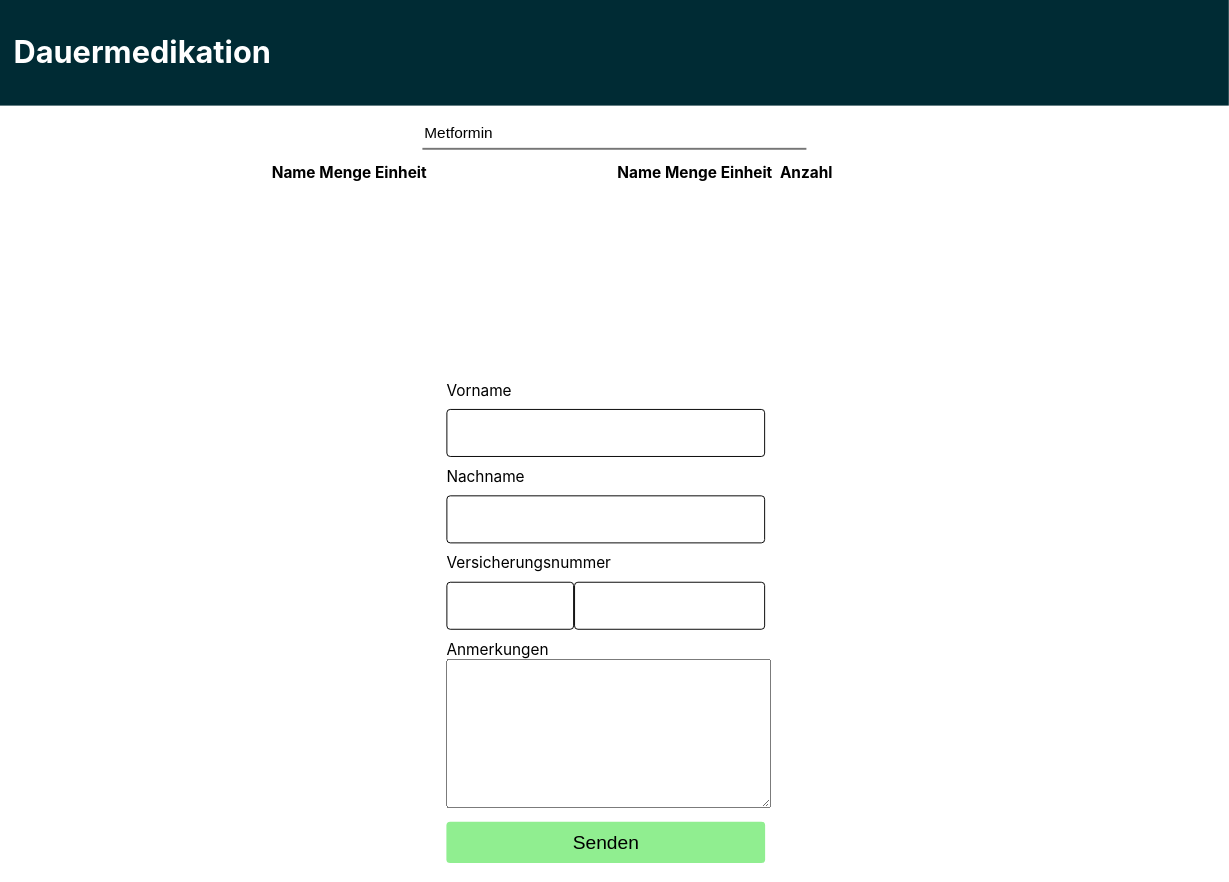
Repository: Esatollah/MedDemo
Page: / (app in client/)
An editor plug-in stored every save of this project. The page is shown before and after the next save, followed by the edit.
The browser window is 1280 px wide. The pictures show the whole page, at 96% of full size.
The page's requests for data from a server got no answer. The project was rebuilt for these pictures with package versions that can differ from the ones it lists, and the page was loaded fresh each time. No one was signed in, and anything a server would have sent is missing. Also part of the build but not shown: client/src/Routes/Bestellungen.jsx.

Above is the page before, as saved 2022-06-10 16:43:44.

### client/src/App.js
import SearchBar from './Routes/Search';
import {BrowserRouter, Routes, Route} from 'react-router-dom'
import Bestellungen from './Routes/Bestellungen';
import ReactModal from 'react-modal';

ReactModal.setAppElement('#root')

function App() {
  return (
    <BrowserRouter>
    <Routes>
      <Route path='/' element={<div><SearchBar/></div>}/>
      <Route path='/bestellungen' element={<div><Bestellungen/></div>}/>
    </Routes>
    </BrowserRouter>
  );
}

export default App;

### client/src/Routes/Search.jsx
import React, { useState, useEffect } from 'react'
import DrugAPI from '../api/DrugAPI';
import Form from '../components/Form';
import Navbar from '../components/Navbar';
import { SearchWrap } from '../Styles/SearchStyles';


const Search = () => {

  const [searchinput, setSearchinput] = useState("Metformin");
  const [drugs, setDrugs] = useState([]);
  const [cartitems, setCartitems] = useState([]);

  useEffect(() => {
    const fetchData = async () => {
      try {
        const result = await DrugAPI.get(`/?drugsearch=${searchinput}`)
        setDrugs(result.data.meds)
      } catch (err) {
        console.error(err);
      }
    }

    fetchData();

  }, [searchinput])

  const handleDrugClick = (e, x) => {
    const is_in_cart = cartitems.some(y => {
      if (y.id === x.id) {
        return true;
      }

      return false;
    })

    if (is_in_cart) {
      return
    }
    let temp = { ...x, anzahl: "1" }
    setCartitems([...cartitems, temp]);
  }

  const handleDelete = (e, x, index) => {
    let temp = [...cartitems]

    temp.splice(index, 1);

    setCartitems(temp);
  }

  const handleCountchange = (e, x, index) => {
    let temps = [...cartitems]
    let temp = {
      ...temps[index],
      anzahl: e.target.value
    }
    temps[index] = temp
    setCartitems(temps);

  }


  return (
    <>
      <Navbar />
        <SearchWrap>

          <input type="search" placeholder="Suche" id="search" value={searchinput} onChange={e => setSearchinput(e.target.value)} />
          <div className='search-container'>
            <div className='table-container'>
              <table className='drugtable'>
                <thead>
                  <tr>
                    <th scope='col'>
                      Name
                    </th>
                    <th scope='col'>Menge</th>
                    <th scope='col'>Einheit</th>
                    <th scope='col'></th>
                  </tr>
                </thead>
                <tbody>
                  {drugs && drugs.map((x) => {
                    return (
                      <tr key={x.id} className="drug-row" >
                        <td className={x.name}>{x.name}</td>
                        <td>{x.menge}</td>
                        <td>{x.mengenart}</td>
                        <td><button onClick={(e) => { handleDrugClick(e, x) }}>+</ button></td>
                      </tr>
                    )
                  })}
                </tbody>

              </table>
            </div>

            <div className='cart-container'>
              <table>
                <thead>
                  <tr>
                    <th scope='col'>
                      Name
                    </th>
                    <th scope='col'>Menge</th>
                    <th scope='col'>Einheit</th>
                    <th scope='col'></th>
                    <th scope='col'>Anzahl</th>
                  </tr>
                </thead>
                <tbody>
                  {cartitems && cartitems.map((x, index) => {
                    if (x.abgabezahl) {
                      return (
                        <tr key={index} className="drug-row" >
                          <td>{x.name}</td>
                          <td>{x.menge}</td>
                          <td>{x.mengenart}</td>
                          <td><button onClick={(e) => handleDelete(e, x, index)}>-</button></td>
                          <td><select onChange={(e) => { handleCountchange(e, x, index) }}><option value="1">1</option><option value="2">2</option></select></td>
                        </tr>
                      )
                    }
                    return (
                      <tr key={index} className="drug-row" >
                        <td>{x.name}</td>
                        <td>{x.menge}</td>
                        <td>{x.mengenart}</td>
                        <td><button onClick={(e) => handleDelete(e, x, index)}>-</button></td>
                        <td>1</td>
                      </tr>
                    )
                  })}
                </tbody>
              </ table>
            </div>
          </div>
        </SearchWrap>

      <Form cartitems={cartitems} setCartitems={setCartitems} />
    </>
  )
}

export default Search

### client/src/api/DrugAPI.js
import axios from 'axios'

export default axios.create({
    baseURL: "http://localhost:5000/api"
})

### client/src/components/Form.jsx
import React, {useState}from 'react'
import DrugAPI from '../api/DrugAPI'
import { FormWrap } from '../Styles/FormStyles';
const Form = props => {

    const [fname, setFname] = useState('');
    const [lname, setLname] = useState('');
    const [vpin, setVpin] = useState('');
    const [vbday, setVbday] = useState('');
    const [anmerkungen, setAnmerkungen] = useState('');

    const handleSubmit = (e) => {

        e.preventDefault();
        const formdata = {
            fname,
            lname,
            vpin,
            vbday,
            anmerkungen
        }

        const fetchData = async () =>{
            try {
            await DrugAPI.post("/", {drugs:{...props.cartitems}, ...formdata})
            } catch (error) {
                console.error(error);
            }
    }

    fetchData();

    setFname('');setLname('');setVpin('');setVbday('');setAnmerkungen('');
    props.setCartitems([]);

}


  return (
    <FormWrap>
        <form onSubmit={(e) =>handleSubmit(e)}>
            <label htmlFor="fname">Vorname</label><br />
            <input className="Names"type="text" value={fname} id="fname" name="fname" onChange={(e)=> setFname(e.target.value)}required/><br/>
            <label htmlFor="lname">Nachname</label><br />
            <input className="Names"type="text" id="lname" value={lname} onChange={(e) => setLname(e.target.value)}name="lname" required /><br/>
            <label htmlFor="pin">Versicherungsnummer  </label> <br/>
            <input className="insurance" type="text" id="pin" value={vpin}
            onChange={(e) => setVpin(e.target.value)} name="pin" pattern="[0-9]+" size="4" minLength="4"maxLength="4" required/>
            <input className="insurance" type="text" id="bday" value={vbday}
            onChange={(e) => setVbday(e.target.value)} name="bday" size="6" minLength={6} maxLength={6}
            pattern="[0-9]+" required/> <br/>
            <label htmlFor="anmerkungen" placeholder='Nummer, Anzahl, Magistralrezeptur etc.'>Anmerkungen</label> <br/>
            <textarea id="anmerkungen"value={anmerkungen} onChange={(e) => setAnmerkungen(e.target.value)} name="message" rows="10" cols="30" className='textarea'>
            </textarea> <br/>
            <input type="submit" value="Senden" ></input><br />
        </form>
    </FormWrap>

  )
}

export default Form

### client/src/components/Navbar.jsx
import React from 'react'
import { NavWrap } from '../Styles/NavbarStyles'
const Navbar = () => {
  return (
    <NavWrap>
        <h1>Dauermedikation</h1>
    </NavWrap>
  )
}

export default Navbar

### client/src/Styles/SearchStyles.js
import styled from 'styled-components';

export const SearchWrap = styled.div`

    display: flex;
    flex-direction: column;
    align-items: center;
             margin: auto;

    @media(min-width: 1000px) {
             width: 1000px;

         }

    #search {
    width:50%;
    height: 2rem;
    outline:none;
    border-top: hidden;
    border-right: hidden;
    border-left: hidden;
    font-size: 1rem;@media(min-width: 1000px) {
             width: 40%;
         }
    margin-bottom: 10px;
}

.table-container {
    max-height: 200px;
    max-width: 80%;
    overflow-y: auto;
}


.drug-row:hover {
    background-color: beige;
}

.drugtable tbody tr {
border: 1px;
}

.search-container {
    width: 90%;

    @media(min-width: 1000px) {
        display:flex;
        flex-direction: row;
        justify-content: center;
    }

    .table-container {
        width :100%;
        height: 250px;
        display:flex;
         @media(min-width: 1000px) {
             width: 40%;
             display:flex;
             height: 400px;
         }
    }

    .cart-container {
        width: 100%;
        display:flex;
        @media(min-width: 1000px) {
             width: 40%;
             display:flex;
         }
    }
}

td {
    padding:5px;
}

`;

### client/src/Styles/FormStyles.js
import styled from 'styled-components';

export const FormWrap = styled.div`
    display:flex;
    margin:auto;
    max-width:350px;
    margin-top: 20px;
    padding:10px;

    .Names {
        display:inline-block;
        width: 100%;
        padding: 10px;
        box-sizing: border-box;
        border-radius: 4px;
        border: .5px solid;
        margin: 10px 0;
        font-size: 1.5rem;
    }
    input[type=submit] {
        width: 100%;
        padding: 10px;
        margin:10px 0;
        border-radius: 4px;
        border: none;
        background: lightgreen;
        font-size:20px
    }
    .insurance {
        padding: 10px;
        box-sizing: border-box;
        border-radius: 4px;
        border: .5px solid;
        margin: 10px 0;
        font-size:1.5rem;
    }
    #pin {
        width:40%;
    }
    #bday {
        width:60%;
    }

    textarea {
        width: 100%;
    }
`;

### client/src/Styles/NavbarStyles.js
import styled from "styled-components"

export const NavWrap = styled.div`
    width:100%;
    padding: 14px 0;
    background-color: #002b34;
    margin-bottom: 14px;
    h1 {
        margin-left: 14px;
        color: #fff
    }
`;

Loaded but not shown: client/public/index.html (common file); client/src/index.js (common file); client/src/index.css (common file)

After the next save:
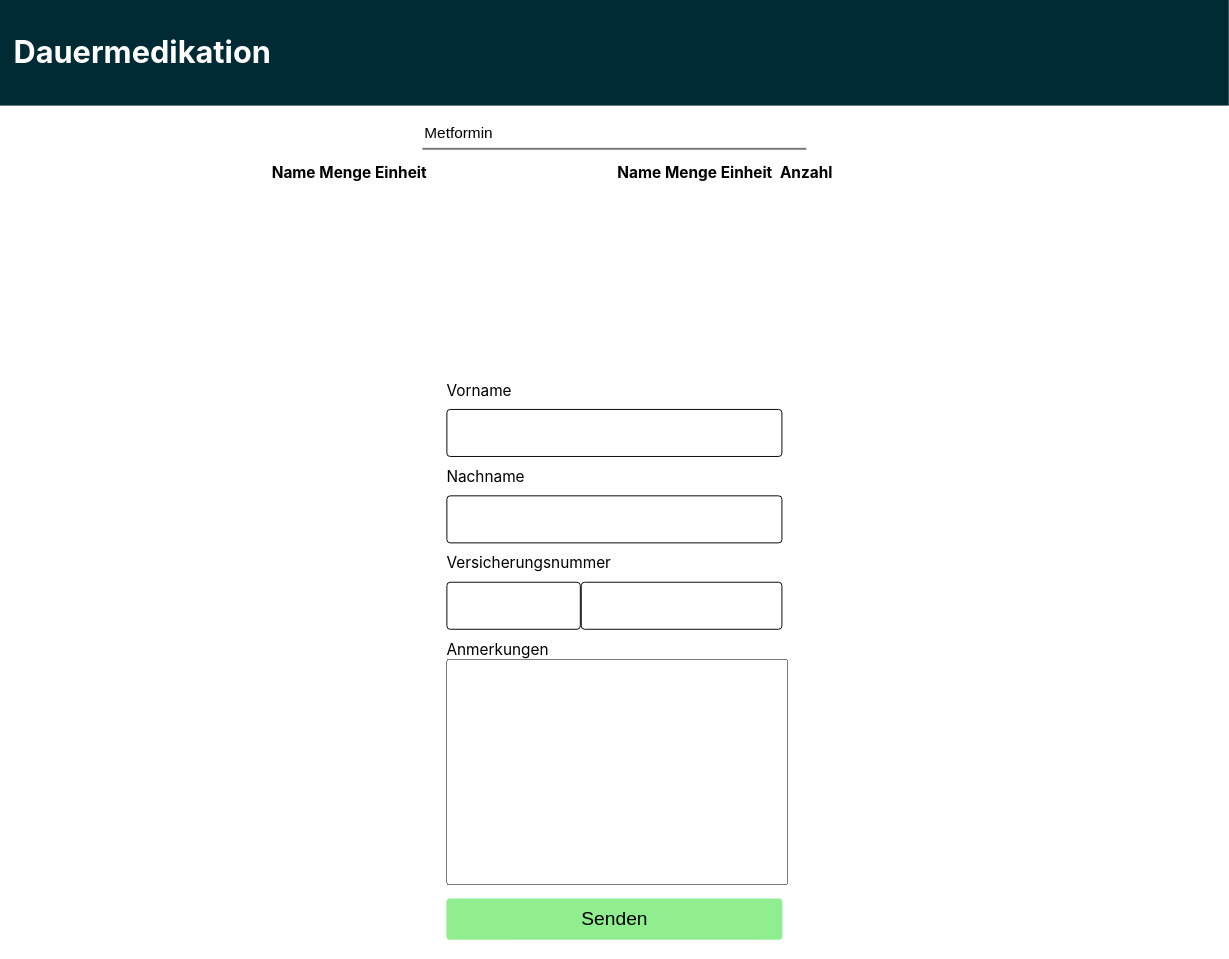
Saved 106 s later.
--- a/client/src/Styles/FormStyles.js
+++ b/client/src/Styles/FormStyles.js
@@ -43,5 +43,8 @@ export const FormWrap = styled.div`
 
     textarea {
         width: 100%;
+        resize:none;
+        font-size: 1.25rem;
+        font-family: sans-serif
     }
 `;
